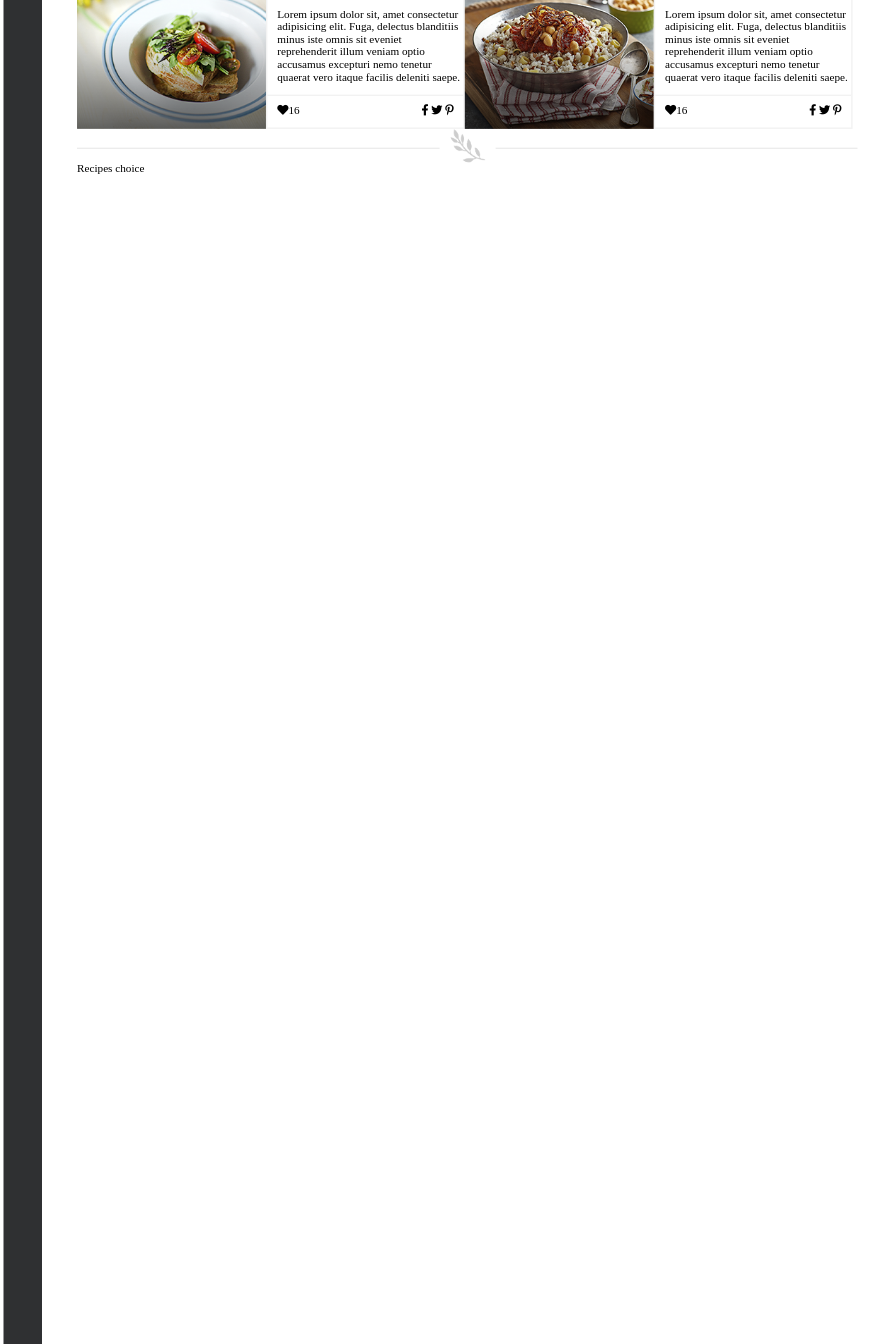
Repository: grzegorzgebala/recipeCatalog
Page: index.html
These files come from the project's save history. The page is drawn as it stood at one moment and after the next save; the edit follows.
The browser window is 1280 px wide. The pictures show the part of the page from y = 2513 to 4433 px (the page is 7016 px tall), at 70% of full size.
Some web libraries are served in a nearby version. The style sheet was rebuilt from its Sass, Less or Tailwind sources for each picture, by a compiler version that may differ from the author's.

Above is the page before, as saved 2019-05-03 00:01:49.

After the next save:
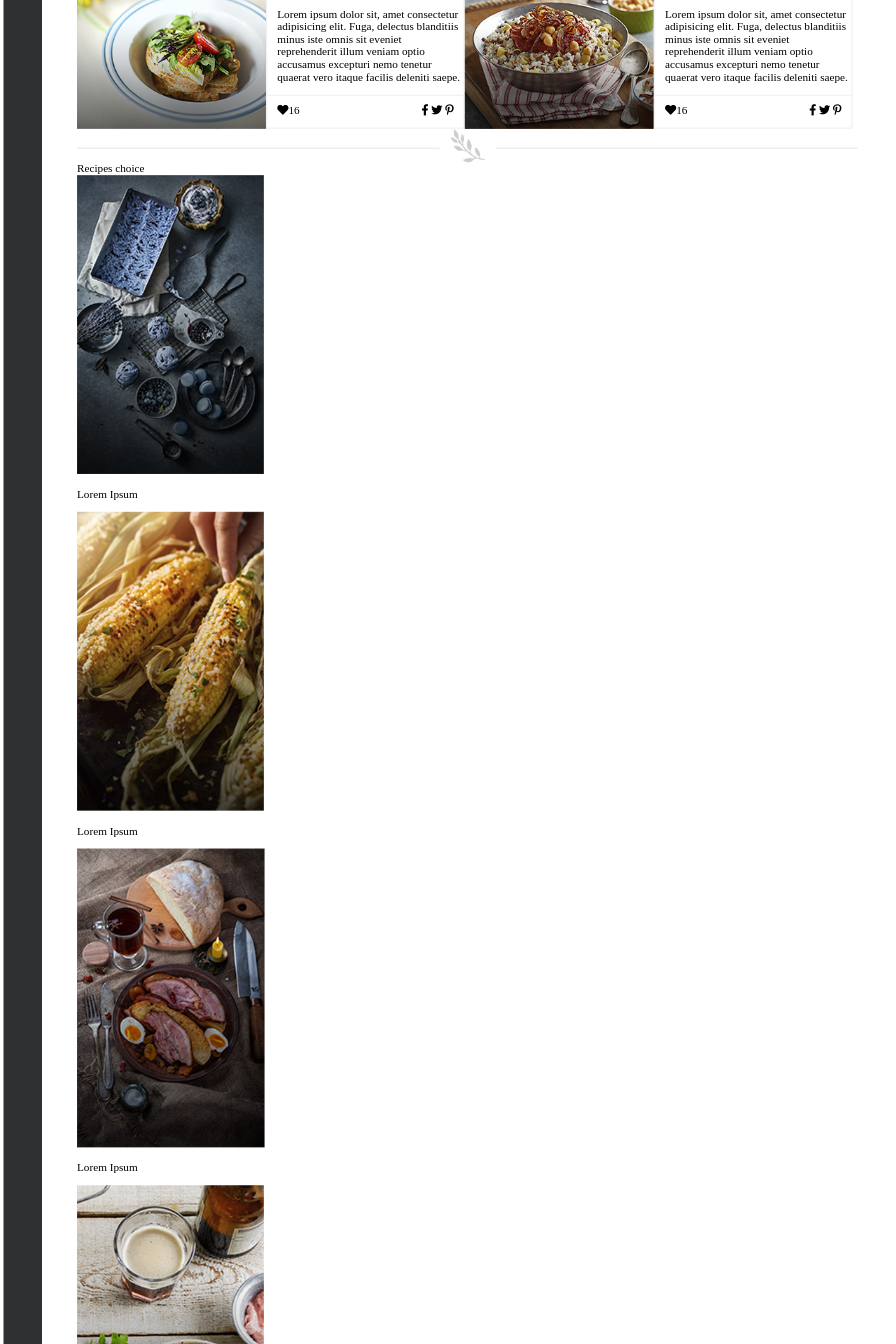
Saved 3 min 15 s later.
--- a/index.html
+++ b/index.html
@@ -415,6 +415,24 @@
             </section>
             <section class="hotChoice">
                 <div class="title">Recipes choice</div>
+                <div class="hotChoiceImages">
+                    <div>
+                        <img src="./images/Pictures/section3/1s3.png" alt="Picture1">
+                        <p>Lorem Ipsum</p>
+                    </div>
+                    <div>
+                        <img src="./images/Pictures/section3/2s3.png" alt="Picture1">
+                        <p>Lorem Ipsum</p>
+                    </div>
+                    <div>
+                        <img src="./images/Pictures/section3/3s3.png" alt="Picture1">
+                        <p>Lorem Ipsum</p>
+                    </div>
+                    <div>
+                        <img src="./images/Pictures/section3/4s3.png" alt="Picture1">
+                        <p>Lorem Ipsum</p>
+                    </div>
+                </div>
 
             </section>
             <section class="TopAutors">
